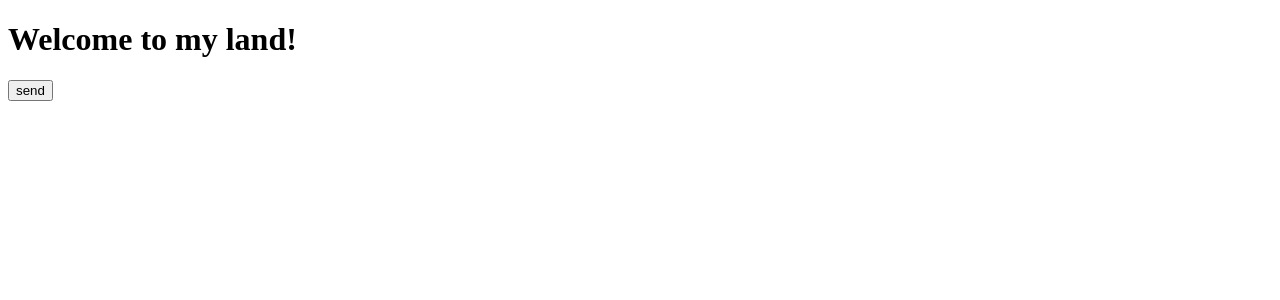
Repository: raja-git-rani/inClassTwoButtons
Page: http://localhost/swenew/WebContent/index.jsp
An editor plug-in stored every save of this project. The page is shown before and after the next save, followed by the edit.
The browser window is 1280 px wide. The pictures show the whole page.
The page is served by Tomcat 9.

Above is the page before, as saved 2020-09-26 18:56:21.

### swenew/WebContent/index.jsp
<%@ page language="java" contentType="text/html; charset=ISO-8859-1"
    pageEncoding="ISO-8859-1"%>
<!DOCTYPE html PUBLIC "-//W3C//DTD HTML 4.01 Transitional//EN" "http://www.w3.org/TR/html4/loose.dtd">
<html>
<head>
<meta http-equiv="Content-Type" content="text/html; charset=ISO-8859-1">
<title>Insert title here</title>
</head>
<body>
<h1>Welcome to my land!</h1>

<form action ="Hello.do">
	<input type = "submit" value = "send" />
</form>

</body>
</html>

After the next save:
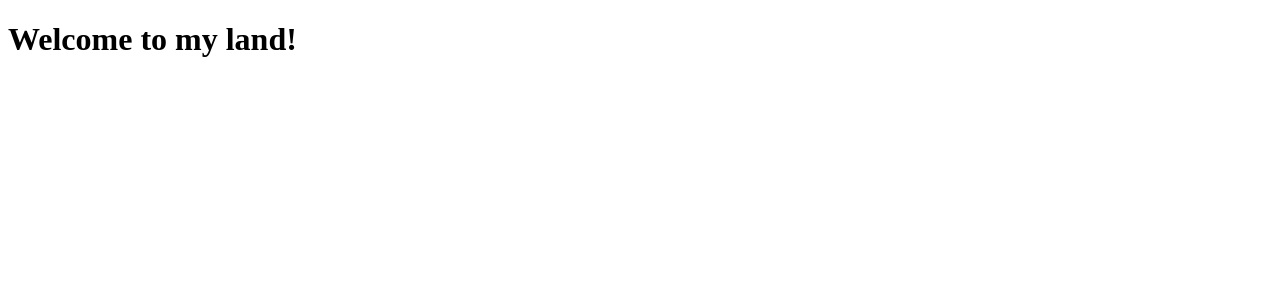
Saved 13 s later.
--- a/swenew/WebContent/index.jsp
+++ b/swenew/WebContent/index.jsp
@@ -9,9 +9,5 @@
 <body>
 <h1>Welcome to my land!</h1>
 
-<form action ="Hello.do">
-	<input type = "submit" value = "send" />
-</form>
-
 </body>
 </html>

After the save that followed:
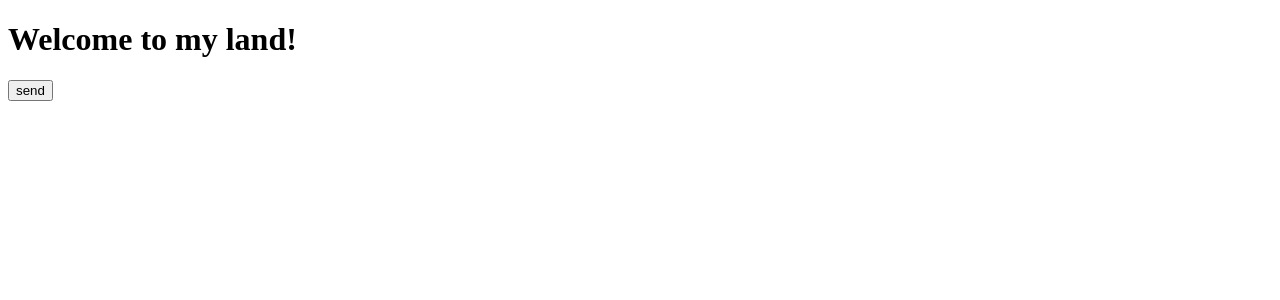
Saved 3 min 18 s later.
--- a/swenew/WebContent/index.jsp
+++ b/swenew/WebContent/index.jsp
@@ -9,5 +9,9 @@
 <body>
 <h1>Welcome to my land!</h1>
 
+<form action ="Hello.d">
+	<input type = "submit" value = "send" />
+</form>
+
 </body>
 </html>
